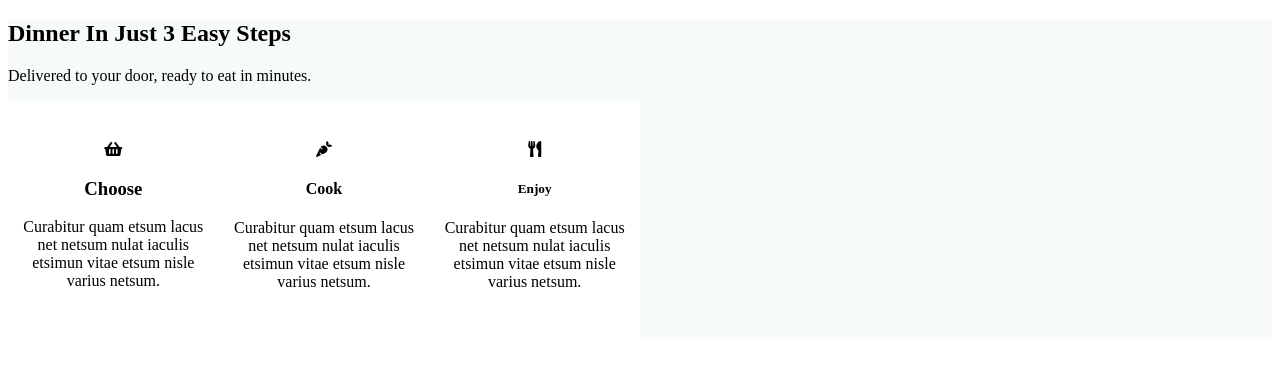
Repository: ST-United-Internship/leadpage
Page: wrapper-UI.html
These files come from the project's save history. The page is drawn as it stood at one moment and after the next save; the edit follows.
The browser window is 1280 px wide. The pictures show the whole page.

Above is the page before, as saved 2023-03-15 13:50:54.

### wrapper-UI.html
<!DOCTYPE html>
<html lang="en">
<head>
    <meta charset="UTF-8">
    <meta http-equiv="X-UA-Compatible" content="IE=edge">
    <meta name="viewport" content="width=device-width, initial-scale=1.0">
    <title>Document</title>
    <link rel="stylesheet" href="css/wrapper-UI.css">
    <link rel="stylesheet" href="css/common.css">
    <link rel="stylesheet" href="https://use.fontawesome.com/releases/v5.15.4/css/all.css" integrity="sha384-DyZ88mC6Up2uqS4h/KRgHuoeGwBcD4Ng9SiP4dIRy0EXTlnuz47vAwmeGwVChigm" crossorigin="anonymous"/>
</head>
<body>
    <section>
        <div class="about">
            <div class="title-text">
                <h2>Dinner In Just 3 Easy Steps</h2>
                <p>Delivered to your door, ready to eat in minutes.</p>
            </div>
            <div class="card-container">
                <div class="card-title">
                    <div class="card-wrapper">
                        <i class="fas fa-shopping-basket"></i>
                        <h3>Choose</h3>
                        <p>Curabitur quam etsum lacus net netsum nulat iaculis etsimun vitae etsum nisle varius netsum.</p>
                    </div>
                    <div class="card-wrapper">
                        <i class="fas fa-carrot"></i>
                        <h4>Cook</h4>
                        <p>Curabitur quam etsum lacus net netsum nulat iaculis etsimun vitae etsum nisle varius netsum.</p>
                    </div>
                    <div class="card-wrapper">
                        <i class="fas fa-utensils"></i>
                        <h5>Enjoy</h5>
                        <p>Curabitur quam etsum lacus net netsum nulat iaculis etsimun vitae etsum nisle varius netsum.</p>
                    </div>
                </div>
                <div></div>
                <div></div>
            </div>
        </div>
    </section>
</body>
</html>

### css/wrapper-UI.css
/* .about{
    background-color: #f7fafa;
}

.about .title-text{
    text-align: center;
    padding: 90px;
}

.about .title-text h2{
    font-size: 36px;
    margin: 0px 0px 10px 0px;
}

.about .title-text p{
    font-size: 18px;
    font-family: 'Open Sans', sans-serif;
    margin: 0;
    font-weight: 400;
    color: #7c8595;
}

.about .card-coutainer{
    display: flex;
    background-color: #fefefe;
}


.about .card-coutainer .card-title{
    text-align: center;
    width: 18%;
}
.card-wrapper{
    transition: transform 0.5s linear;
}
.card-wrapper:hover {
  border: 1px solid #27b36a;
  transform: scale(1.05, 1.05);
} */

.about{
    background-color:#f7fafa ;
}

.about .card-container{
    width: 50%;
}
.about .card-container .card-title {
    display: flex;
    justify-content: center;
}

.card-wrapper{
    background-color: #FFF;
    text-align: center;
    transition: transform 0.5s linear;
    padding: 40px 15px 32px 15px;
}

.card-wrapper:hover{
    border: 1px solid #27b36a;
    transform: scale(1.05, 1.05);
}

### css/common.css
.container {
  max-width: 80%;
  margin: auto;
  border: 1px solid blue;
}
.card {
  width: 400px;
}
.space-vertical {
  padding: 20px 0;
}

.space-horizontal {
  padding: 0 20px;
}

*,
**,
*::before,
*::after {
  box-sizing: border-box;
}

After the next save:
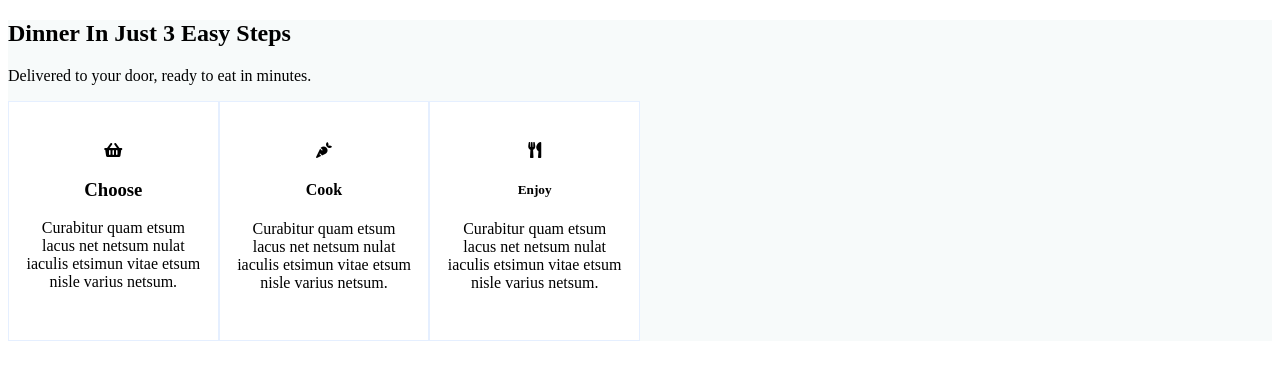
Saved 58 s later.
--- a/css/wrapper-UI.css
+++ b/css/wrapper-UI.css
@@ -55,6 +55,7 @@
     text-align: center;
     transition: transform 0.5s linear;
     padding: 40px 15px 32px 15px;
+    border: 1px solid #e5efff;
 }
 
 .card-wrapper:hover{
